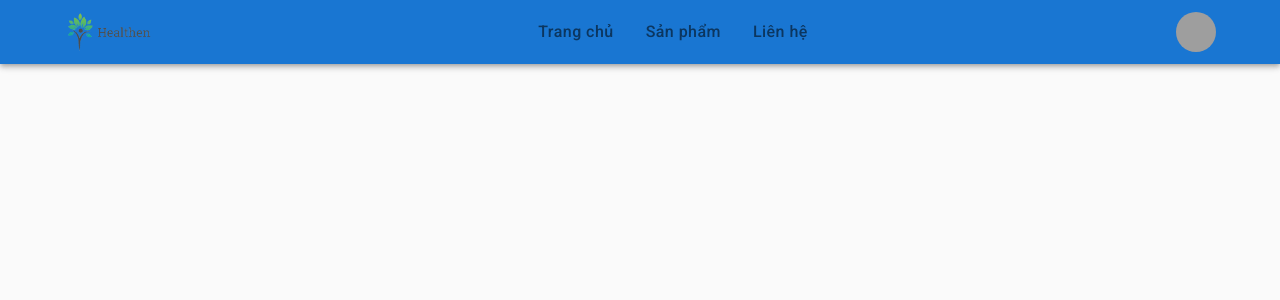
Repository: ndtrung341/Bao_Cao_PTW
Page: / (app in client/)
These files come from the project's save history. The page is drawn as it stood at one moment and after the next save; the edit follows.
The browser window is 1280 px wide. The pictures show the whole page.
Pictures or frames that could not be fetched are drawn as grey boxes. The project was rebuilt for these pictures with package versions that can differ from the ones it lists, and the page was loaded fresh each time. Also part of the build but not shown: client/src/App.css.

Above is the page before, as saved 2022-03-24 12:13:55.

After the next save:
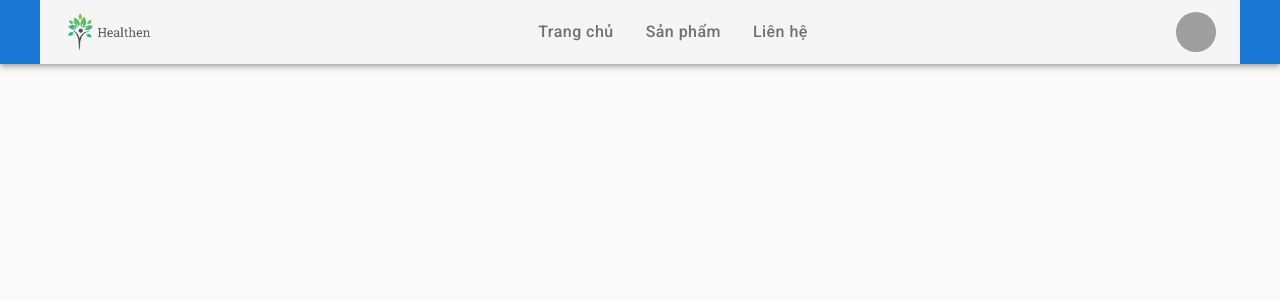
Saved 9 s later.
--- a/client/src/components/Header/index.jsx
+++ b/client/src/components/Header/index.jsx
@@ -65,8 +65,8 @@
    };
 
    return (
-      <AppBar position="static" className={classes.root}>
-         <Container sx={{ background: 'inherit' }}>
+      <AppBar position="static">
+         <Container className={classes.root}>
             <Toolbar disableGutters>
                <Box sx={{ display: { xs: 'none', md: 'flex' } }} className={classes.logo}>
                   <img src={LOGO} alt="" />
